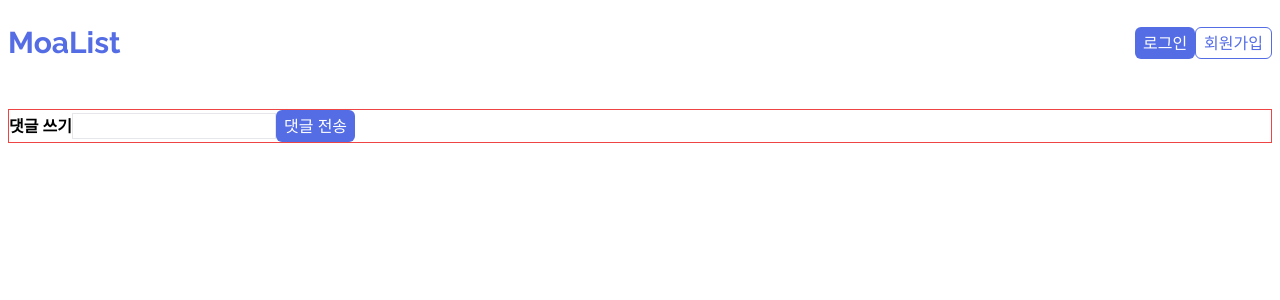
Repository: wisdomshin/moa-list
Page: /comment/new
The author's editor kept a copy of each file at every save. The page is drawn from the files as they stood at one save, then again after the next save.
The browser window is 1280 px wide. The pictures show the whole page.
The page's requests for data from a server got no answer. The project was rebuilt for these pictures with package versions that can differ from the ones it lists, and the page was loaded fresh each time. The framework's server and built-in components were replaced by stand-ins that run in the browser. No one was signed in, and anything a server would have sent is missing. Also part of the build but not shown: next.config.mjs, components/layout/LogoutBtn.js.

Above is the page before, as saved 2024-02-21 00:23:29.

### app/layout.js
import { Open_Sans } from 'next/font/google';
import './globals.css';
import Header from '@/components/layout/Header';

const sans = Open_Sans({ subsets: ['latin'] });

export const metadata = {
  title: 'MoaList',
  description: '나만의 위시리스트를 모아리스트에 저장해보세요!',
  icons: {
    icon: '/favicon.svg',
  },
};

export default function RootLayout({ children }) {
  return (
    <html lang='ko' className={sans.className}>
      <body className='flex flex-col w-full max-w-screen-xl p-2 mx-auto'>
        <Header />
        <main className='mt-8'>{children}</main>
      </body>
    </html>
  );
}

### app/comment/new/page.js
export default function CommentWrite() {
  return (
    <section className='border border-red-500'>
      <b>댓글 쓰기</b>
      <input type='text' className='border' />
      <button className='px-2 py-1 rounded-md bg-[#546de5] text-white'>
        댓글 전송
      </button>
    </section>
  );
}

### app/globals.css
@tailwind base;
@tailwind components;
@tailwind utilities;

* {
  box-sizing: border-box;
}
button {
  cursor: pointer;
  outline: none;
}

### components/layout/Header.js
import Link from 'next/link';
import { Raleway } from 'next/font/google';
import LoginBtn from './LoginBtn';
import { getServerSession } from 'next-auth';
import { authOptions } from '@/pages/api/auth/[...nextauth]';
import LogoutBtn from './LogoutBtn';
import Image from 'next/image';

const raleway = Raleway({ subsets: ['latin'] });

export default async function Header() {
  const session = await getServerSession(authOptions);

  return (
    <header className='flex items-center justify-between py-4'>
      <h1 className='text-3xl font-bold text-[#546de5]'>
        <Link href='/' className={raleway.className}>
          MoaList<i className='bi bi-list-stars'></i>
        </Link>
      </h1>
      <nav>
        {session ? (
          <div className='flex items-center gap-4'>
            <Link href='/moa' className=' text-[#546de5] text-xl'>
              moa
            </Link>
            <div className='flex items-center gap-2'>
              {session.user.image ? (
                <span className='w-[32px] h-[32px]'>{session.user.image}</span>
              ) : (
                <span className='bg-gray-200 w-[32px] h-[32px] rounded-full flex justify-center items-center'>
                  <Image
                    src='/avatar.svg'
                    width={25}
                    height={25}
                    alt={session.user.name}
                  />
                </span>
              )}
              <span className='text-lg'>{session.user.name}</span>
            </div>
            <LogoutBtn />
          </div>
        ) : (
          <>
            <LoginBtn />
            <Link
              href='/register'
              className='border border-[#546de5] text-[#546de5] px-2 py-1 rounded-md'
            >
              회원가입
            </Link>
          </>
        )}
      </nav>
    </header>
  );
}

### components/layout/LoginBtn.js
'use client';

import { signIn } from 'next-auth/react';

export default function LoginBtn() {
  return (
    <button
      onClick={() => signIn()}
      className='bg-[#546de5] text-white py-1 px-2 rounded-md'
    >
      로그인
    </button>
  );
}

### pages/api/auth/[...nextauth].js
import NextAuth from 'next-auth';
import { MongoDBAdapter } from '@next-auth/mongodb-adapter';
import GithubProvider from 'next-auth/providers/github';
import GoogleProvider from 'next-auth/providers/google';
import CredentialsProvider from 'next-auth/providers/credentials';
import bcrypt from 'bcrypt';
import { connectDB } from '@/util/database';

export const authOptions = {
  providers: [
    GithubProvider({
      clientId: process.env.GITHUB_CLIENT_ID,
      clientSecret: process.env.GITHUB_CLIENT_SECRET,
    }),
    GoogleProvider({
      clientId: process.env.GOOGLE_CLIENT_ID,
      clientSecret: process.env.GOOGLE_CLIENT_SECRET,
    }),

    CredentialsProvider({
      //1. 로그인페이지 폼 자동생성해주는 코드
      name: 'credentials',
      credentials: {
        email: { label: 'email', type: 'text' },
        password: { label: 'password', type: 'password' },
      },

      //2. 로그인요청시 실행되는코드
      //직접 DB에서 아이디,비번 비교하고
      //아이디,비번 맞으면 return 결과, 틀리면 return null 해야함
      async authorize(credentials) {
        let db = (await connectDB).db('moalist');
        let user = await db
          .collection('user_cred')
          .findOne({ email: credentials.email });
        if (!user) {
          // console.log('해당 이메일은 없음');
          return null;
        }
        const pwcheck = await bcrypt.compare(
          credentials.password,
          user.password
        );
        if (!pwcheck) {
          // console.log('비번틀림');
          return null;
        }
        return user;
      },
    }),
  ],

  //3. jwt 써놔야 잘됩니다 + jwt 만료일설정
  session: {
    strategy: 'jwt',
    maxAge: 30 * 24 * 60 * 60, //30일
  },

  callbacks: {
    //4. jwt 만들 때 실행되는 코드
    //user변수는 DB의 유저정보담겨있고 token.user에 뭐 저장하면 jwt에 들어갑니다.
    jwt: async ({ token, user }) => {
      if (user) {
        token.user = {};
        token.user.name = user.name;
        token.user.email = user.email;
      }
      return token;
    },
    //5. 유저 세션이 조회될 때 마다 실행되는 코드
    session: async ({ session, token }) => {
      session.user = token.user;
      return session;
    },
  },

  secret: process.env.NEXTAUTH_SECRET,
  adapter: MongoDBAdapter(connectDB),
};
export default NextAuth(authOptions);

### util/database.js
import { MongoClient } from 'mongodb';

const url = process.env.MONGODB_URL;
const options = { useNewUrlParser: true };
let connectDB;

if (process.env.NODE_ENV === 'development') {
  if (!global._mongo) {
    global._mongo = new MongoClient(url, options).connect();
  }
  connectDB = global._mongo;
} else {
  connectDB = new MongoClient(url, options).connect();
}
export { connectDB };

Loaded but not shown: tailwind.config.js (common file)

After the next save:
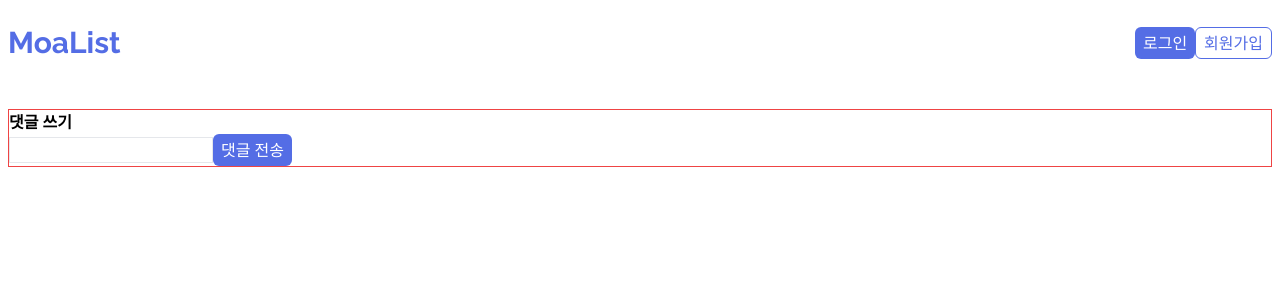
Saved 8 s later.
--- a/app/comment/new/page.js
+++ b/app/comment/new/page.js
@@ -1,7 +1,7 @@
 export default function CommentWrite() {
   return (
     <section className='border border-red-500'>
-      <b>댓글 쓰기</b>
+      <b className='block'>댓글 쓰기</b>
       <input type='text' className='border' />
       <button className='px-2 py-1 rounded-md bg-[#546de5] text-white'>
         댓글 전송
